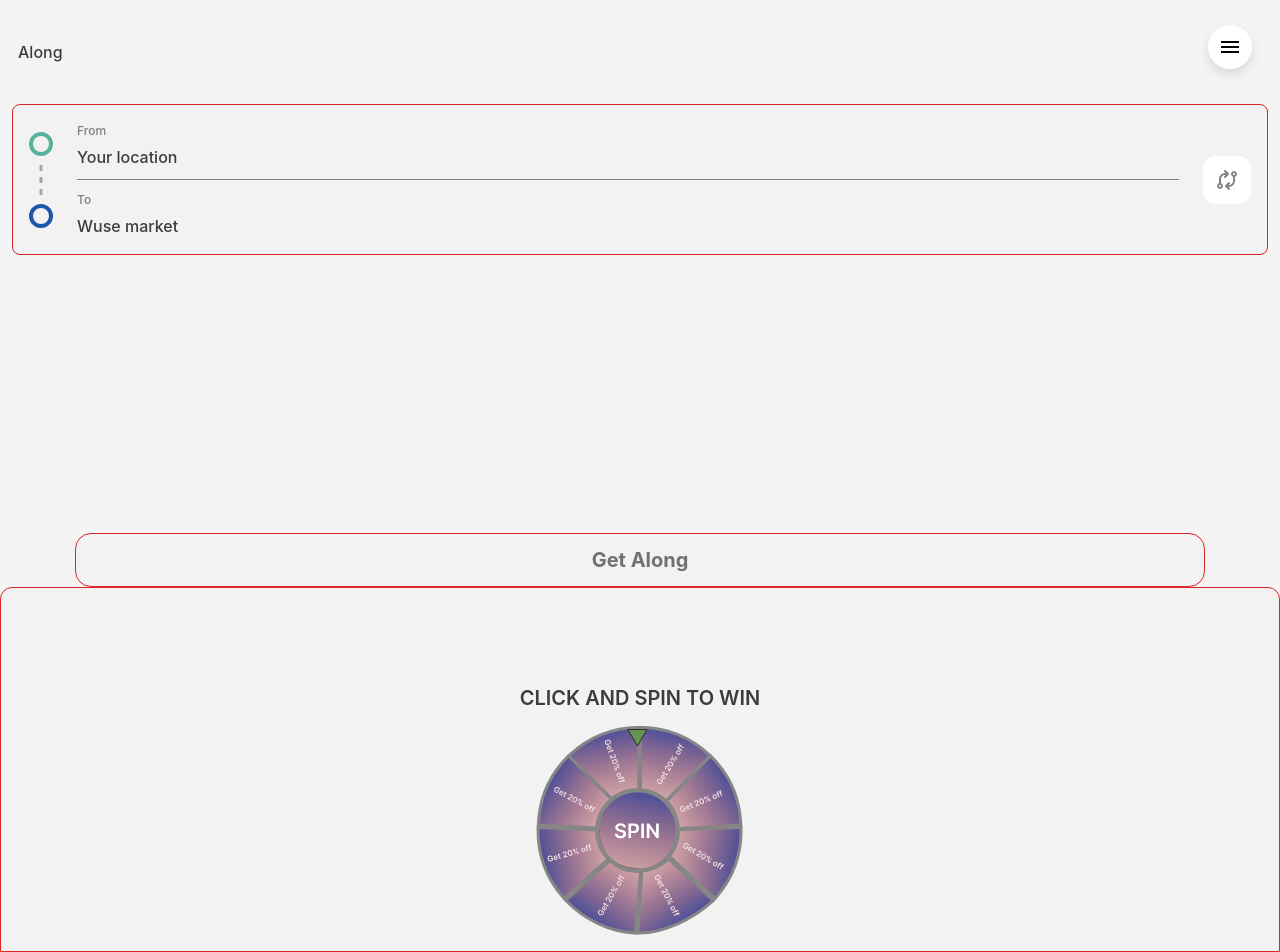
Repository: TeamAlong/Along-App
Page: /
The author's editor kept a copy of each file at every save. The page is drawn from the files as they stood at one save, then again after the next save.
The browser window is 1280 px wide. The pictures show the whole page.
The project was rebuilt for these pictures with package versions that can differ from the ones it lists, and the page was loaded fresh each time. The framework's server and built-in components were replaced by stand-ins that run in the browser. Also part of the build but not shown: next.config.mjs, src/components/user/drivers-preview.js.

Above is the page before, as saved 2024-02-26 22:18:02.

After the next save:
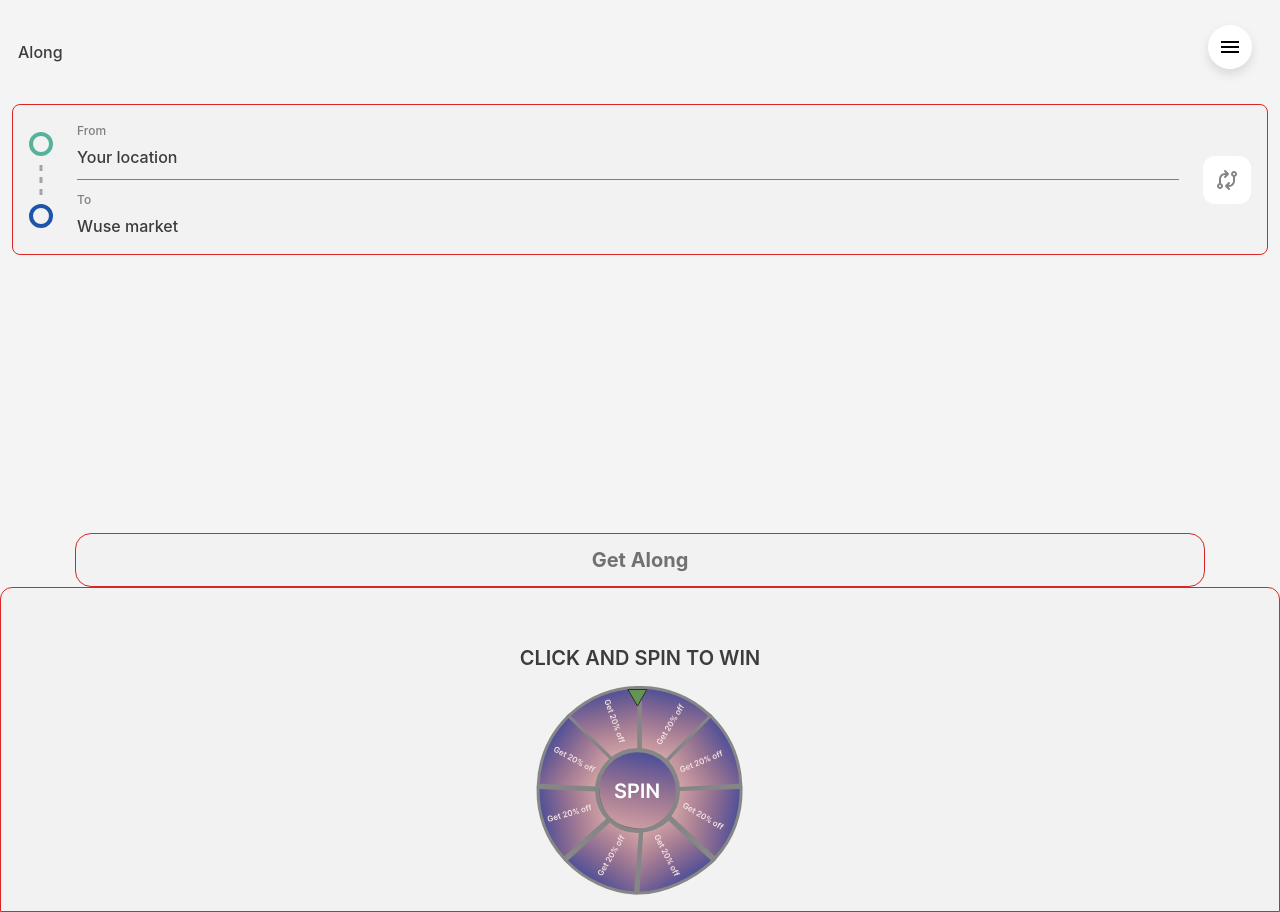
Saved 8 s later.
--- a/src/components/Footer.js
+++ b/src/components/Footer.js
@@ -6,7 +6,7 @@ import Spin from "../../public/assets/spin-board.svg";
 export default function Footer() {
   const { showSpin } = useUi();
   return (
-    <footer className="w-full bg-[#F2F2F2] rounded-tl-[12px] rounded-tr-[12px] overflow-y-auto border border-red-600 z-50 pt-20">
+    <footer className="w-full bg-[#F2F2F2] rounded-tl-[12px] rounded-tr-[12px] overflow-y-auto border border-red-600 z-50 pt-10">
       {showSpin ? (
         <div className="flex flex-col gap-2.5 items-center pt-4">
           <h3 className="text-xl font-semibold">CLICK AND SPIN TO WIN</h3>
